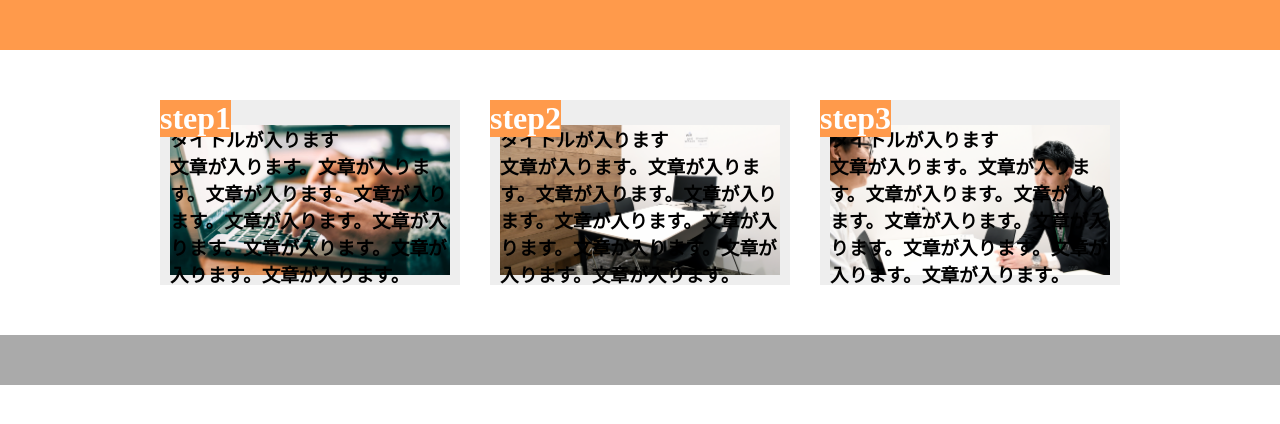
Repository: rie-koyuzu/kadai
Page: kadai/index.html
The author's editor kept a record of every edit. The page is drawn from the files as they stood at one moment, then again after the next edit.
The browser window is 1280 px wide. The pictures show the whole page.
Some web libraries are served in a nearby version.

Above is the page before.

After the next edit:
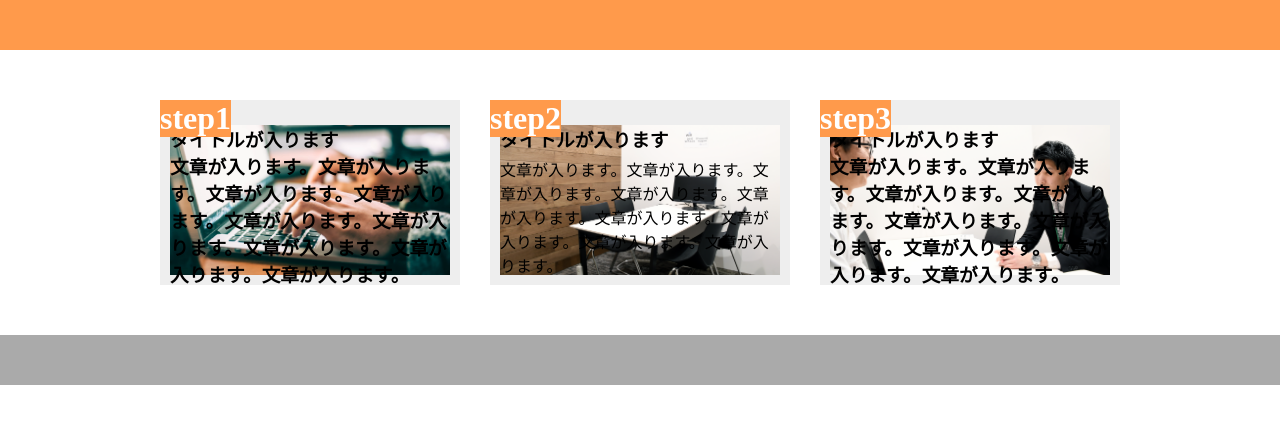
The edit:
--- a/kadai/index.html
+++ b/kadai/index.html
@@ -35,7 +35,7 @@
       <div class="step2-item">
         <!--<section class="main-step-text">-->
           <h1 class="step-num">step2</h1>
-          <h3 class="step-title">タイトルが入ります
+          <h3 class="step-title">タイトルが入ります </h3>
           <p class="step-text">文章が入ります。文章が入ります。文章が入ります。文章が入ります。文章が入ります。文章が入ります。文章が入ります。文章が入ります。文章が入ります。
           </p>
 
